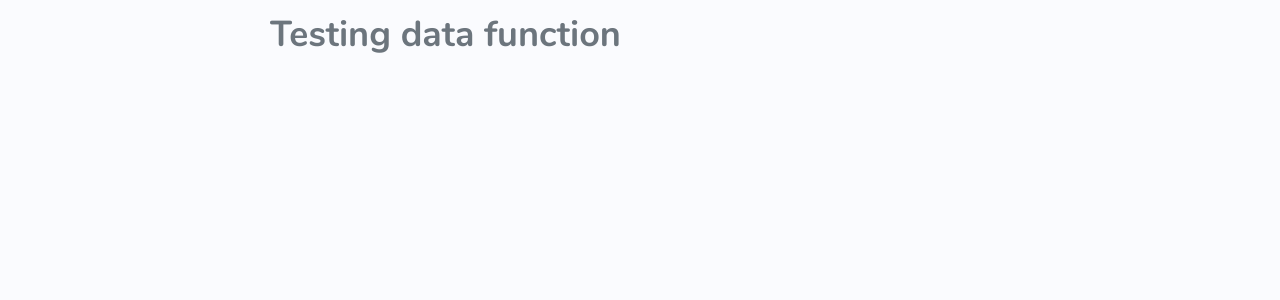
Repository: sungsynoint/synostorm-vue
Page: /
An editor plug-in stored every save of this project. The page is shown before and after the next save, followed by the edit.
The browser window is 1280 px wide. The pictures show the whole page.
The project was rebuilt for these pictures with package versions that can differ from the ones it lists, and the page was loaded fresh each time. Also part of the build but not shown: src/components/common/LeftMenu.vue.

Above is the page before, as saved 2019-09-18 09:31:54.

After the next save:
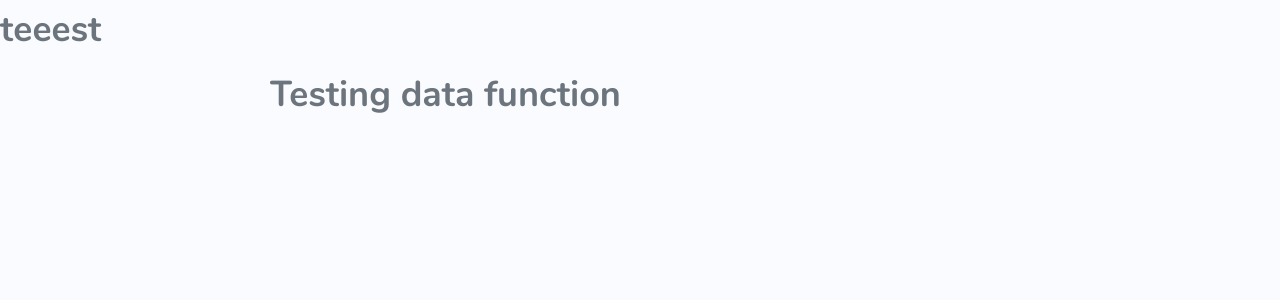
Saved 59 s later.
--- a/src/App.vue
+++ b/src/App.vue
@@ -14,7 +14,9 @@
 
 export default {
   name: "app",
-  components: {},
+  components: {
+    HelloWorld
+  },
   data() {
     return {
       title: "Testing data function"
